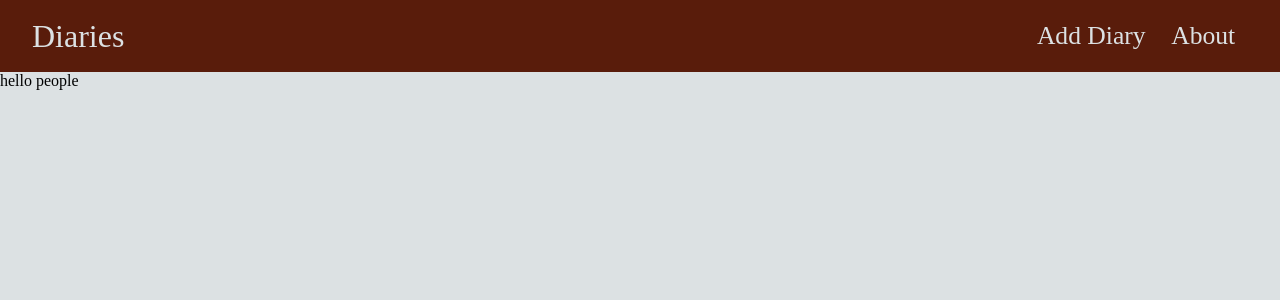
Repository: Tun-Dev/mydiary
Page: /
An editor plug-in stored every save of this project. The page is shown before and after the next save, followed by the edit.
The browser window is 1280 px wide. The pictures show the whole page.
The project was rebuilt for these pictures with package versions that can differ from the ones it lists, and the page was loaded fresh each time.

Above is the page before, as saved 2021-05-10 12:31:15.

After the next save:
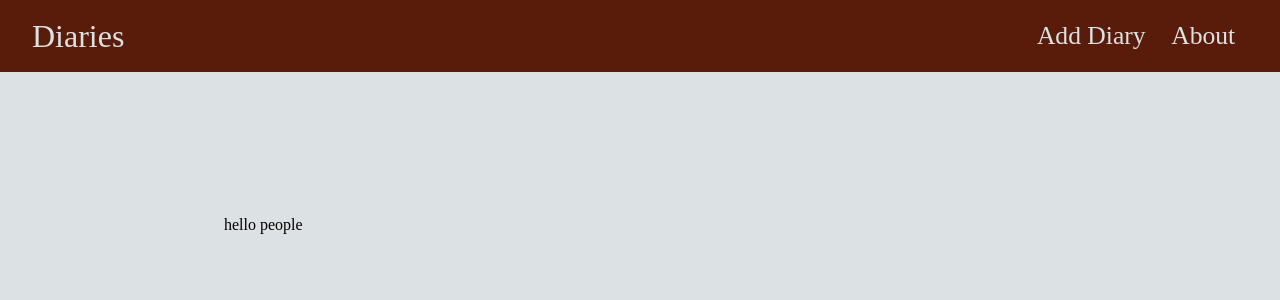
Saved 2 min 36 s later.
--- a/src/GlobalStyle.js
+++ b/src/GlobalStyle.js
@@ -13,6 +13,9 @@ const GlobalStyle = createGlobalStyle`
  a {
     text-decoration: none;
 }
+.container {
+    margin: 9rem 14rem;
+}
 `
 
 export default GlobalStyle;
